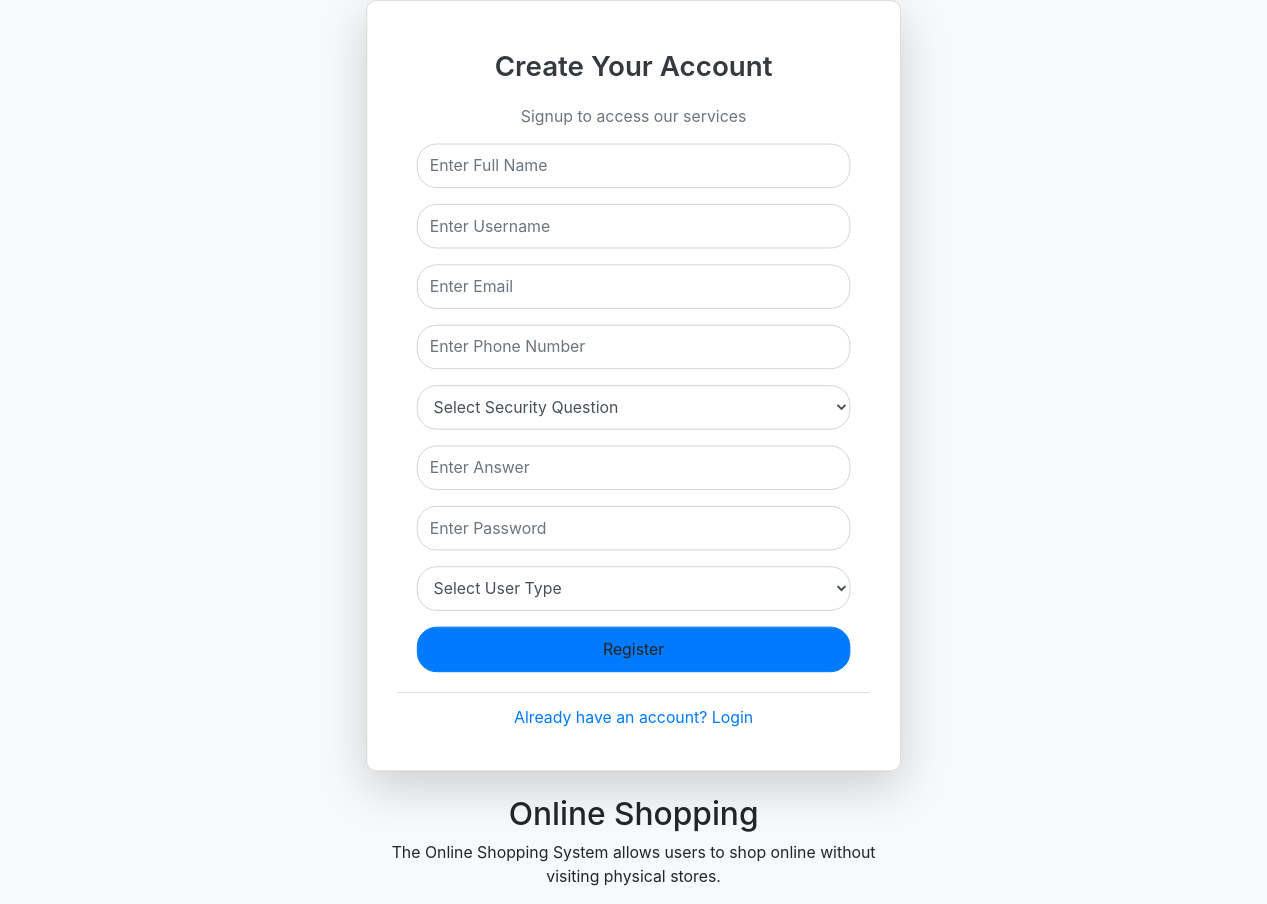
Repository: Dineshbabu290904/DigiMart
Page: http://localhost/DigiMart/signup.jsp
The author's editor kept a copy of each file at every save. The page is drawn from the files as they stood at one save, then again after the next save.
The browser window is 1280 px wide. The pictures show the whole page, at 99% of full size.
Some web libraries are served in a nearby version. The page is served by Tomcat 9. Other server files are loaded and not shown.

Above is the page before, as saved 2024-10-16 14:54:34.

### DigiMart/src/main/webapp/signup.jsp
<!DOCTYPE html>
<html lang="en">
<head>
    <meta charset="UTF-8">
    <meta name="viewport" content="width=device-width, initial-scale=1.0">
    <title>Signup</title>
    <!-- Bootstrap CSS CDN -->
    <link href="https://stackpath.bootstrapcdn.com/bootstrap/4.5.2/css/bootstrap.min.css" rel="stylesheet">
    <!-- Custom CSS for additional styling -->
    <style>
        body {
            background-color: #f8f9fa; /* Light background */
            display: flex;
            align-items: center;
            justify-content: center;
            min-height: 100vh;
        }
        .signup-card {
            border-radius: 10px;
            background: white;
            padding: 30px;
            box-shadow: 0 8px 20px rgba(0, 0, 0, 0.1); /* Soft shadow */
        }
        .signup-card h3 {
            font-weight: 600;
            margin-bottom: 20px;
            color: #343a40;
        }
        .signup-card .form-control {
            border-radius: 20px; /* Rounded input fields */
            height: 45px;
        }
        .btn-custom {
            border-radius: 20px;
            padding: 10px 20px;
            background-color: #007bff;
            border-color: #007bff;
            transition: background-color 0.3s ease;
        }
        .btn-custom:hover {
            background-color: #0056b3;
            border-color: #0056b3;
        }
        .card-footer {
            background-color: transparent;
        }
        .card-footer a {
            color: #007bff;
            text-decoration: none;
        }
        .card-footer a:hover {
            color: #0056b3;
            text-decoration: underline;
        }
        .alert {
            border-radius: 10px;
        }
    </style>
</head>
<body>

    <div class="container">
        <div class="row justify-content-center">
            <div class="col-md-6">
                <!-- Signup Form Card -->
                <div class="signup-card card shadow-lg">
                    <div class="card-body">
                        <h3 class="text-center">Create Your Account</h3>
                        <p class="text-muted text-center">Signup to access our services</p>
                        <form action="signup" method="post">
                            <div class="form-group">
                                <input type="text" class="form-control" id="name" name="name" placeholder="Enter Full Name" required>
                            </div>
                            <div class="form-group">
                                <input type="text" class="form-control" id="username" name="username" placeholder="Enter Username" required>
                            </div>
                            <div class="form-group">
                                <input type="email" class="form-control" id="email" name="email" placeholder="Enter Email" required>
                            </div>
                            <div class="form-group">
                                <input type="text" class="form-control" id="phone" name="phone" placeholder="Enter Phone Number">
                            </div>
                            <div class="form-group">
                                <select class="form-control" name="securityQuestion" required>
                                    <option value="" disabled selected>Select Security Question</option>
                                    <option value="What was your first car?">What was your first car?</option>
                                    <option value="What is the name of your first pet?">What is the name of your first pet?</option>
                                    <option value="What elementary school did you attend?">What elementary school did you attend?</option>
                                    <option value="What is the name of the town where you were born?">What is the name of the town where you were born?</option>
                                </select>
                            </div>
                            <div class="form-group">
                                <input type="text" class="form-control" name="answer" placeholder="Enter Answer" required>
                            </div>
                            <div class="form-group">
                                <input type="password" class="form-control" id="password" name="password" placeholder="Enter Password" required>
                            </div>
                            <div class="form-group">
                                <select class="form-control" id="user_type" name="user_type" required>
                                    <option value="" disabled selected>Select User Type</option>
                                    <option value="Farmer">Farmer</option>
                                    <option value="Consumer">Consumer</option>
                                    <option value="Retailer">Retailer</option>
                                </select>
                            </div>
                            <button type="submit" class="btn btn-custom btn-block">Register</button>
                        </form>
                    </div>
                    <div class="card-footer text-center">
                        <a href="login.jsp">Already have an account? Login</a>
                    </div>
                </div>
            </div>
        </div>

        <!-- Message Section -->
        <div class="row justify-content-center mt-4">
            <div class="col-md-6">
                <!-- Success or Error Message -->
                <%
                    String msg = request.getParameter("msg");
                    if ("valid".equals(msg)) {
                %>
                <div class="alert alert-success text-center">
                    <strong>Success:</strong> Successfully registered!
                </div>
                <% } else if ("invalid".equals(msg)) { %>
                <div class="alert alert-danger text-center">
                    <strong>Error:</strong> Something went wrong! Try again.
                </div>
                <% } %>

                <div class="text-center">
                    <h2>Online Shopping</h2>
                    <p>The Online Shopping System allows users to shop online without visiting physical stores.</p>
                </div>
            </div>
        </div>
    </div>

    <!-- Bootstrap JS and dependencies -->
    <script src="https://code.jquery.com/jquery-3.5.1.slim.min.js"></script>
    <script src="https://cdn.jsdelivr.net/npm/@popperjs/core@2.5.3/dist/umd/popper.min.js"></script>
    <script src="https://stackpath.bootstrapcdn.com/bootstrap/4.5.2/js/bootstrap.min.js"></script>
</body>
</html>

After the next save:
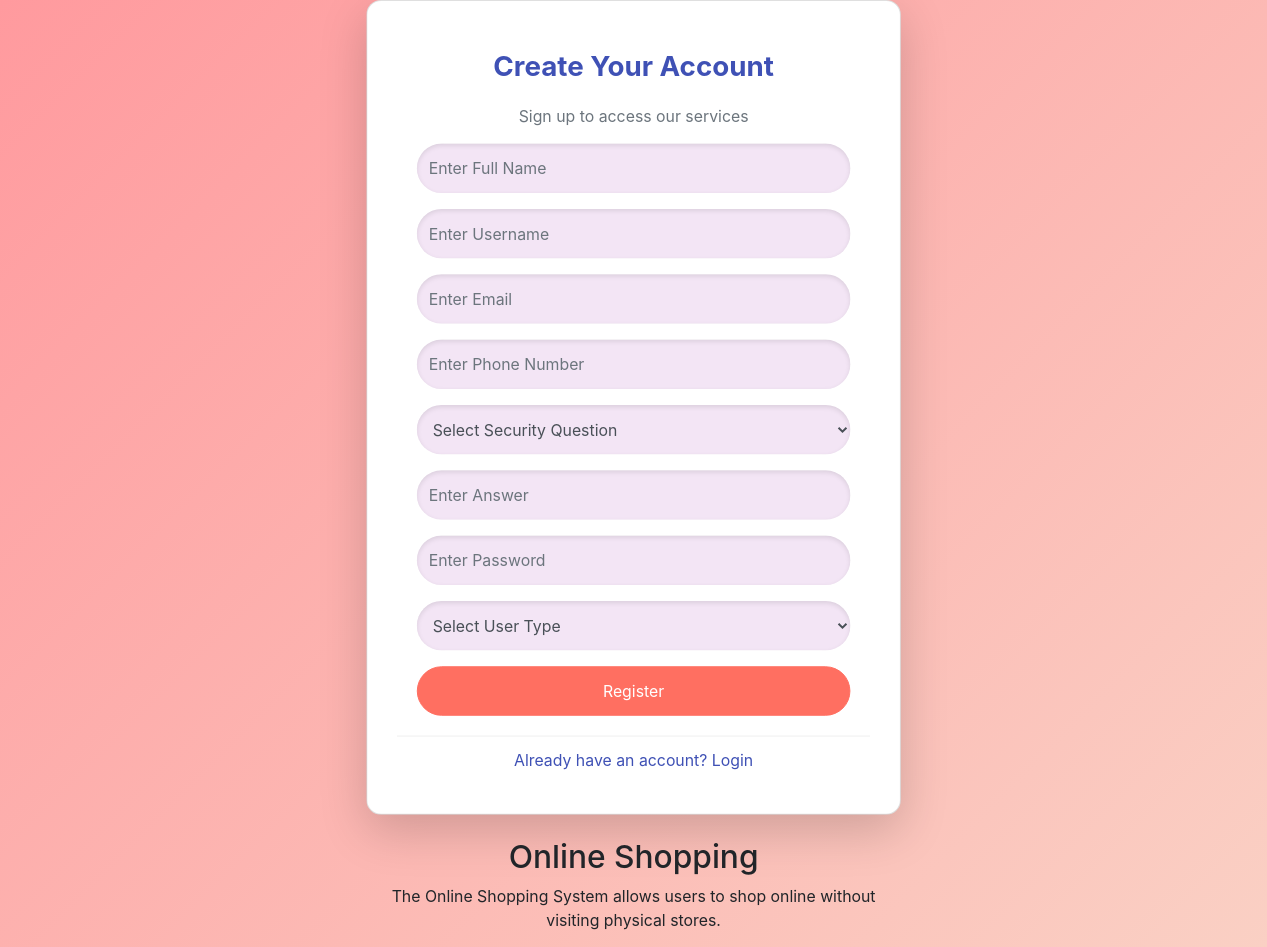
Saved 2 min 11 s later.
--- a/DigiMart/src/main/webapp/signup.jsp
+++ b/DigiMart/src/main/webapp/signup.jsp
@@ -6,54 +6,76 @@
     <title>Signup</title>
     <!-- Bootstrap CSS CDN -->
     <link href="https://stackpath.bootstrapcdn.com/bootstrap/4.5.2/css/bootstrap.min.css" rel="stylesheet">
-    <!-- Custom CSS for additional styling -->
+    <!-- Custom CSS for vibrant and colorful styling -->
     <style>
         body {
-            background-color: #f8f9fa; /* Light background */
+            background: linear-gradient(135deg, #ff9a9e 0%, #fad0c4 100%); /* Vibrant background gradient */
             display: flex;
             align-items: center;
             justify-content: center;
             min-height: 100vh;
         }
         .signup-card {
-            border-radius: 10px;
-            background: white;
+            border-radius: 15px;
+            background: #ffffff; /* White background for contrast */
             padding: 30px;
-            box-shadow: 0 8px 20px rgba(0, 0, 0, 0.1); /* Soft shadow */
+            box-shadow: 0 12px 30px rgba(0, 0, 0, 0.15); /* More prominent shadow */
+            transition: transform 0.3s ease;
+        }
+        .signup-card:hover {
+            transform: translateY(-5px); /* Subtle hover lift */
         }
         .signup-card h3 {
-            font-weight: 600;
+            font-weight: bold;
             margin-bottom: 20px;
-            color: #343a40;
+            color: #3f51b5; /* Cool blue for headings */
         }
         .signup-card .form-control {
-            border-radius: 20px; /* Rounded input fields */
-            height: 45px;
+            border-radius: 25px; /* More rounded input fields */
+            height: 50px;
+            background-color: #f3e5f5; /* Light purple background for inputs */
+            border: none;
+            box-shadow: inset 0 2px 5px rgba(0, 0, 0, 0.1); /* Inner shadow for depth */
+        }
+        .form-control:focus {
+            background-color: #e1bee7; /* Darker on focus */
+            border-color: #ab47bc;
+            outline: none;
+            box-shadow: 0 0 10px rgba(171, 71, 188, 0.5); /* Highlight on focus */
         }
         .btn-custom {
-            border-radius: 20px;
-            padding: 10px 20px;
-            background-color: #007bff;
-            border-color: #007bff;
-            transition: background-color 0.3s ease;
+            border-radius: 25px;
+            padding: 12px 25px;
+            background-color: #ff6f61; /* Warm orange button */
+            border-color: #ff6f61;
+            color: white;
+            transition: background-color 0.3s ease, transform 0.3s ease;
         }
         .btn-custom:hover {
-            background-color: #0056b3;
-            border-color: #0056b3;
+            background-color: #e64a19; /* Darker hover effect */
+            transform: translateY(-3px);
         }
         .card-footer {
             background-color: transparent;
         }
         .card-footer a {
-            color: #007bff;
+            color: #3f51b5; /* Match heading color */
             text-decoration: none;
         }
         .card-footer a:hover {
-            color: #0056b3;
+            color: #1a237e;
             text-decoration: underline;
         }
         .alert {
-            border-radius: 10px;
+            border-radius: 12px;
+        }
+        .alert-success {
+            background-color: #81c784; /* Green for success */
+            color: white;
+        }
+        .alert-danger {
+            background-color: #e57373; /* Red for errors */
+            color: white;
         }
     </style>
 </head>
@@ -66,7 +88,7 @@
                 <div class="signup-card card shadow-lg">
                     <div class="card-body">
                         <h3 class="text-center">Create Your Account</h3>
-                        <p class="text-muted text-center">Signup to access our services</p>
+                        <p class="text-muted text-center">Sign up to access our services</p>
                         <form action="signup" method="post">
                             <div class="form-group">
                                 <input type="text" class="form-control" id="name" name="name" placeholder="Enter Full Name" required>
